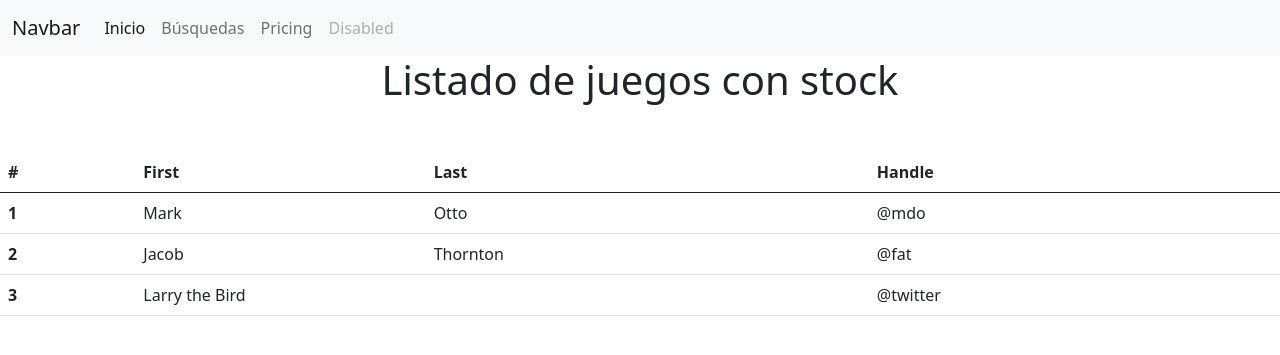
Repository: jose-269/32bits-4
Page: /busquedas
An editor plug-in stored every save of this project. The page is shown before and after the next save, followed by the edit.
The browser window is 1280 px wide. The pictures show the whole page.
The project was rebuilt for these pictures with package versions that can differ from the ones it lists, and the page was loaded fresh each time. Also part of the build but not shown: src/views/Home.vue.

Above is the page before, as saved 2021-04-28 00:06:00.

### public/index.html
<!DOCTYPE html>
<html lang="">
  <head>
    <meta charset="utf-8" />
    <meta http-equiv="X-UA-Compatible" content="IE=edge" />
    <meta name="viewport" content="width=device-width,initial-scale=1.0" />
    <link rel="icon" href="<%= BASE_URL %>favicon.ico" />
    <title><%= htmlWebpackPlugin.options.title %></title>
    <link
      href="https://cdn.jsdelivr.net/npm/bootstrap@5.0.0-beta3/dist/css/bootstrap.min.css"
      rel="stylesheet"
      integrity="sha384-eOJMYsd53ii+scO/bJGFsiCZc+5NDVN2yr8+0RDqr0Ql0h+rP48ckxlpbzKgwra6"
      crossorigin="anonymous"
    />
  </head>
  <body>
    <noscript>
      <strong
        >We're sorry but <%= htmlWebpackPlugin.options.title %> doesn't work
        properly without JavaScript enabled. Please enable it to
        continue.</strong
      >
    </noscript>
    <div id="app"></div>
    <!-- built files will be auto injected -->
    <script
      src="https://cdn.jsdelivr.net/npm/bootstrap@5.0.0-beta3/dist/js/bootstrap.bundle.min.js"
      integrity="sha384-JEW9xMcG8R+pH31jmWH6WWP0WintQrMb4s7ZOdauHnUtxwoG2vI5DkLtS3qm9Ekf"
      crossorigin="anonymous"
    ></script>
  </body>
</html>

### src/App.vue
<template>
  <div id="app">
    <Nav />
    <router-view />
  </div>
</template>
<script>
import Nav from "@/components/Nav.vue"
export default {
  name: "App",
  components: {
    Nav,
  },
}
</script>

### src/router/index.js
import Vue from "vue";
import VueRouter from "vue-router";
import Home from "../views/Home.vue";

Vue.use(VueRouter);

const routes = [
  {
    path: "/",
    name: "Home",
    component: Home,
  },
  {
    path: "/busquedas",
    name: "Busquedas",
    // route level code-splitting
    // this generates a separate chunk (about.[hash].js) for this route
    // which is lazy-loaded when the route is visited.
    component: () =>
      import(/* webpackChunkName: "about" */ "../views/Busquedas.vue"),
  },
];

const router = new VueRouter({
  mode: "history",
  base: process.env.BASE_URL,
  routes,
});

export default router;

### src/components/Nav.vue
<template>
  <nav class="navbar navbar-expand-lg navbar-light bg-light">
    <div class="container-fluid">
      <a class="navbar-brand" href="#">Navbar</a>
      <button
        class="navbar-toggler"
        type="button"
        data-bs-toggle="collapse"
        data-bs-target="#navbarNav"
        aria-controls="navbarNav"
        aria-expanded="false"
        aria-label="Toggle navigation"
      >
        <span class="navbar-toggler-icon"></span>
      </button>
      <div class="collapse navbar-collapse" id="navbarNav">
        <ul class="navbar-nav">
          <li class="nav-item">
            <router-link
              class="nav-link active"
              aria-current="page"
              :to="{ name: 'Home' }"
              >Inicio</router-link
            >
          </li>
          <li class="nav-item">
            <router-link class="nav-link" :to="{ name: 'Busquedas' }"
              >Búsquedas</router-link
            >
          </li>
          <li class="nav-item">
            <a class="nav-link" href="#">Pricing</a>
          </li>
          <li class="nav-item">
            <a
              class="nav-link disabled"
              href="#"
              tabindex="-1"
              aria-disabled="true"
              >Disabled</a
            >
          </li>
        </ul>
      </div>
    </div>
  </nav>
</template>

<script>
export default {
  name: "Nav",
};
</script>

<style></style>

### src/views/Busquedas.vue
<template>
  <div>
    <h1 class="text-center mb-5">Listado de juegos con stock</h1>
    <container>
      <row>
        <col-12>
          <TablaJuegos />
        </col-12>
      </row>
    </container>
  </div>
</template>
<script>
import TablaJuegos from "@/components/TablaJuegos.vue";
export default {
  name: "Busquedas",
  components: {
    TablaJuegos,
  },
};
</script>

### src/components/TablaJuegos.vue
<template>
  <table class="table">
    <thead>
      <tr>
        <th scope="col">#</th>
        <th scope="col">First</th>
        <th scope="col">Last</th>
        <th scope="col">Handle</th>
      </tr>
    </thead>
    <tbody>
      <tr>
        <th scope="row">1</th>
        <td>Mark</td>
        <td>Otto</td>
        <td>@mdo</td>
      </tr>
      <tr>
        <th scope="row">2</th>
        <td>Jacob</td>
        <td>Thornton</td>
        <td>@fat</td>
      </tr>
      <tr>
        <th scope="row">3</th>
        <td colspan="2">Larry the Bird</td>
        <td>@twitter</td>
      </tr>
    </tbody>
  </table>
</template>

<script>
export default {
  name: "TablaJuegos",
};
</script>

Loaded but not shown: src/main.js (common file); src/store/index.js (common file)

After the next save:
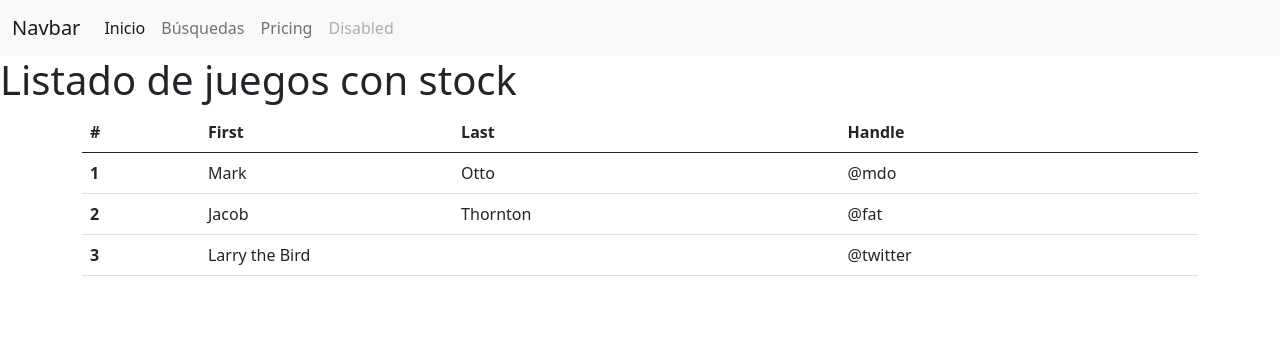
Saved 59 s later.
--- a/src/views/Busquedas.vue
+++ b/src/views/Busquedas.vue
@@ -1,13 +1,13 @@
 <template>
   <div>
-    <h1 class="text-center mb-5">Listado de juegos con stock</h1>
-    <container>
+    <h1>Listado de juegos con stock</h1>
+    <div class="container">
       <row>
-        <col-12>
+        <div class="col-12">
           <TablaJuegos />
-        </col-12>
+        </div>
       </row>
-    </container>
+    </div>
   </div>
 </template>
 <script>
